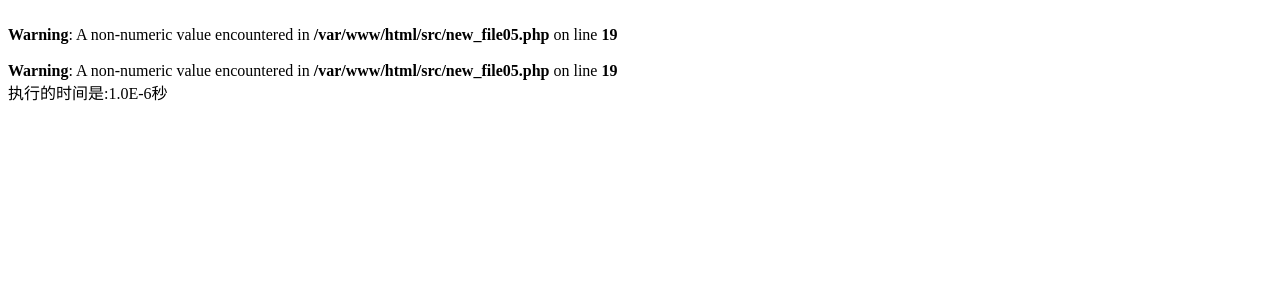
Repository: ljcan/PHP_Scripts
Page: http://localhost/src/new_file05.php
An editor plug-in stored every save of this project. The page is shown before and after the next save, followed by the edit.
The browser window is 1280 px wide. The pictures show the whole page.
The page is run by PHP 8.4 with error messages shown; the project is at /var/www/html/.

Above is the page before, as saved 2017-07-03 15:02:48.

After the next save:
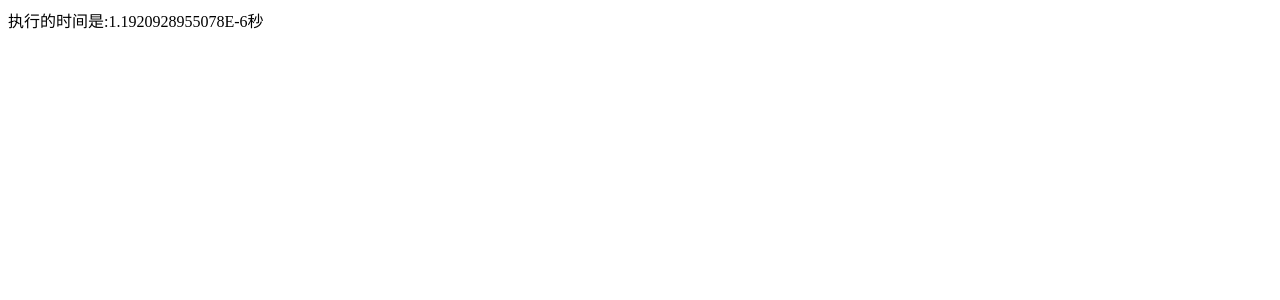
Saved 17 s later.
--- a/myjavascript_file/myphp/src/new_file05.php
+++ b/myjavascript_file/myphp/src/new_file05.php
@@ -11,11 +11,11 @@
     <body>
 	<?php
 	$a=1;
-	$starttime=microtime();     //获取开始懂得时间
+	$starttime=microtime(true);     //获取开始懂得时间
 	for($i=0;$i<2000;$i++){      //microtime函数返回的是当前Unix时间戳和微秒数
 		$a++;
 	}
-	$endtime=microtime();        //获取结束的时间
+	$endtime=microtime(true);        //获取结束的时间
 	echo "执行的时间是:".($endtime-$starttime)."秒";
 	?>
     </body>
